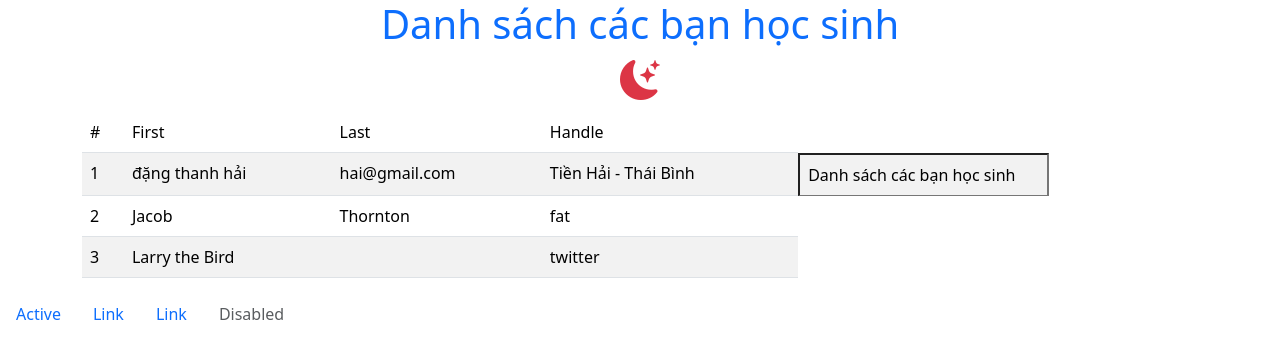
Repository: danghoanghai2k2/BeginAnguLar
Page: / (app in FirstAnGuLar/)
An editor plug-in stored every save of this project. The page is shown before and after the next save, followed by the edit.
The browser window is 1280 px wide. The pictures show the whole page.
The project was rebuilt for these pictures with package versions that can differ from the ones it lists, and the page was loaded fresh each time. Also part of the build but not shown: FirstAnGuLar/angular.json.

Above is the page before, as saved 2024-06-08 09:26:44.

After the next save:
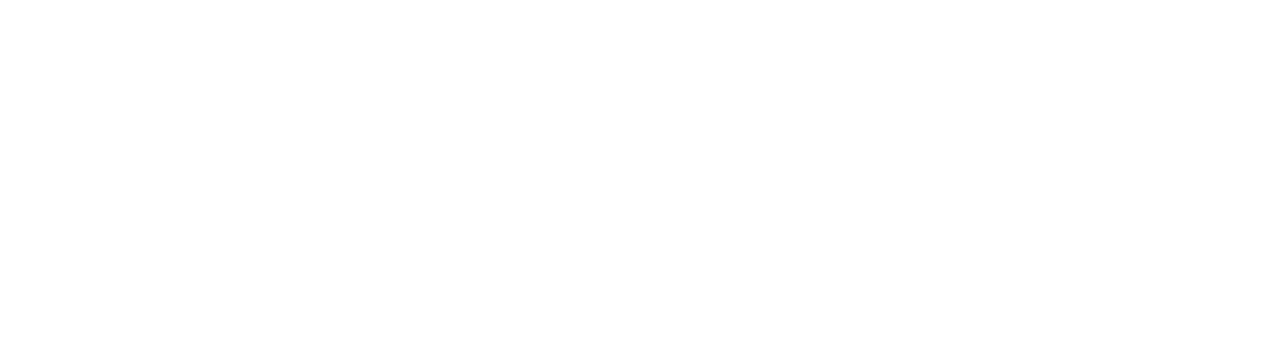
Saved 63 s later.
--- a/FirstAnGuLar/src/app/app.component.html
+++ b/FirstAnGuLar/src/app/app.component.html
@@ -18,7 +18,7 @@
             <td>{{nguoiDung.name}}</td>
             <td>{{nguoiDung.email}}</td>
             <td>{{nguoiDung.address}}</td>
-            <input type="text" name="" id="" [value]="lists">
+            <input type="text" name="" id="" [value]=" danh sáchlists">
           </tr>
           <tr>
             <th scope="row">2</th>

After the save that followed:
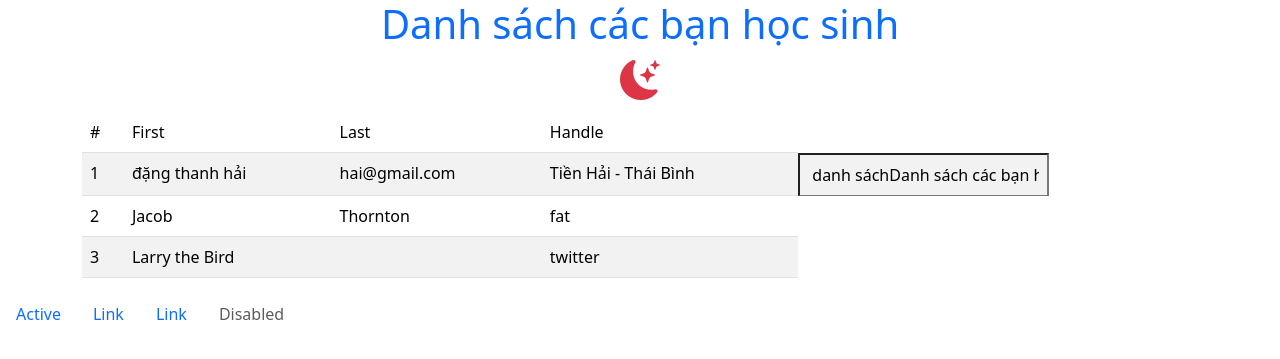
Saved 22 s later.
--- a/FirstAnGuLar/src/app/app.component.html
+++ b/FirstAnGuLar/src/app/app.component.html
@@ -18,7 +18,7 @@
             <td>{{nguoiDung.name}}</td>
             <td>{{nguoiDung.email}}</td>
             <td>{{nguoiDung.address}}</td>
-            <input type="text" name="" id="" [value]=" danh sáchlists">
+            <input type="text" name="" id="" [value]="' danh sách' + lists">
           </tr>
           <tr>
             <th scope="row">2</th>
